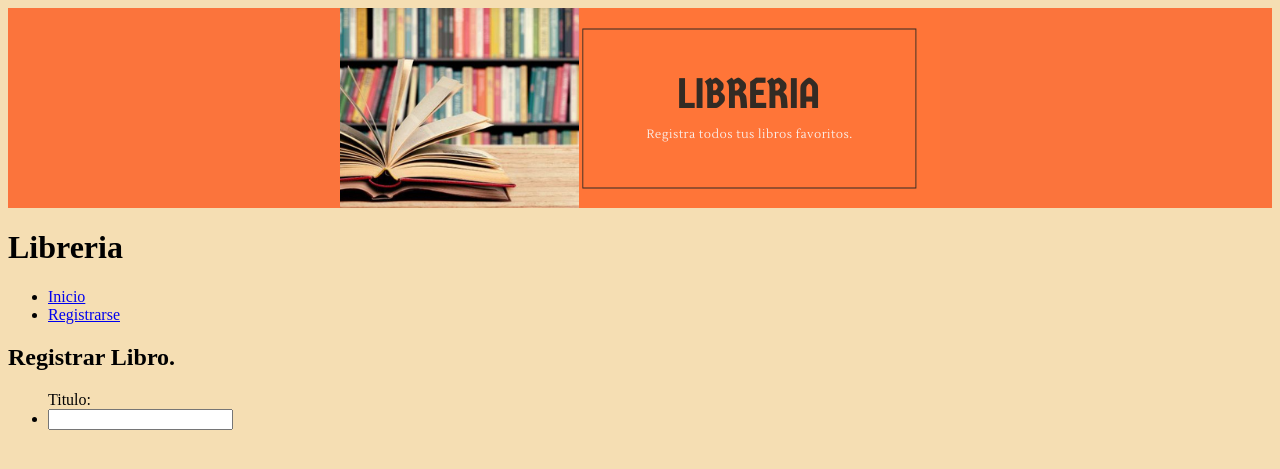
Repository: frnalonso/libreria
Page: src/main/resources/templates/registro.html
The author's editor kept a copy of each file at every save. The page is drawn from the files as they stood at one save, then again after the next save.
The browser window is 1280 px wide. The pictures show the whole page.

Above is the page before, as saved 2021-10-31 02:35:22.

After the next save:
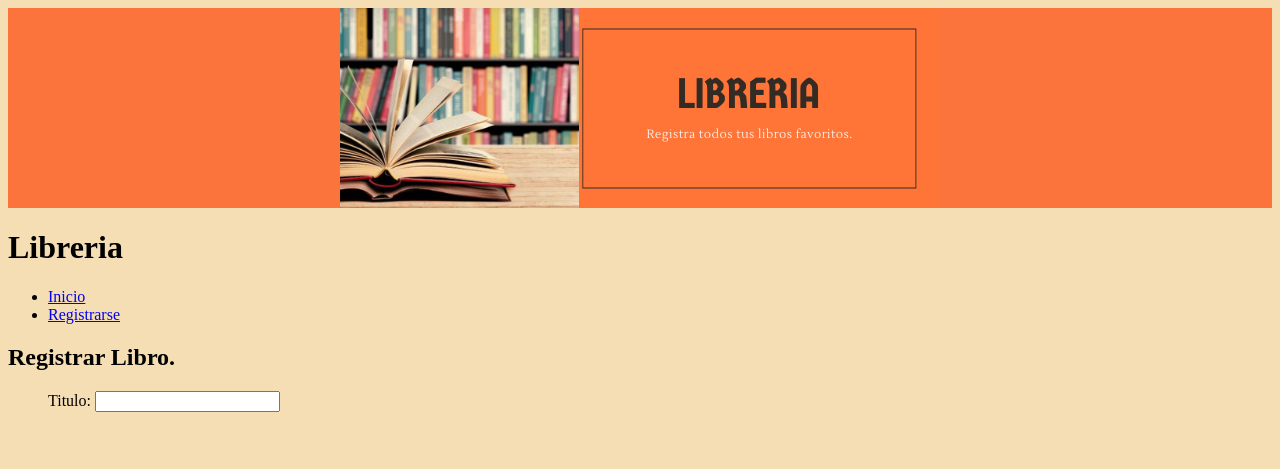
Saved 20 s later.
--- a/src/main/resources/templates/registro.html
+++ b/src/main/resources/templates/registro.html
@@ -37,7 +37,7 @@
                 <form action="">
                     <ul>
                         <label for="">Titulo: </label>
-                        <li><input type="text"></li>
+                        <input type="text">
                     </ul>
                 </form>
             </div>
